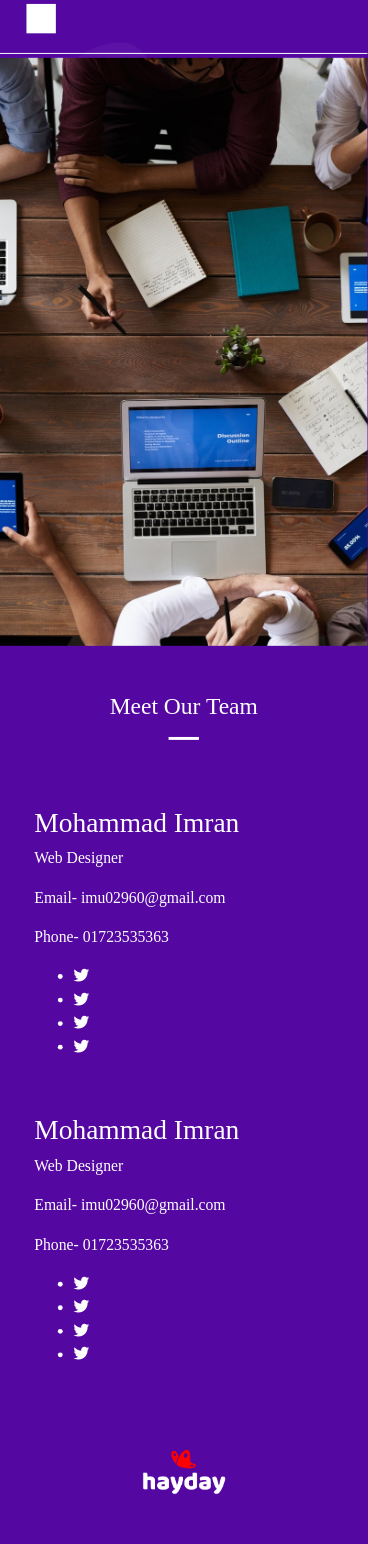
Repository: im1971/company-web
Page: team.html
These files come from the project's save history. The page is drawn as it stood at one moment and after the next save; the edit follows.
The browser window is 375 px wide. The pictures show the whole page, at 98% of full size.
Some web fonts or font styles are not loaded; a fallback is used.

Above is the page before, as saved 2020-01-28 12:23:45.

### team.html
<!DOCTYPE html>
<html>

<head>
    <title>hayday</title>
    <link rel="shortcut icon" type="img/x-icon" href="img/fav.png" />
    <link rel="stylesheet" href="css/mdb.min.css">
    <link rel="stylesheet" href="css/bootstrap.min.css">
    <link rel="stylesheet" href="css/fontawesome.min.css">
    <link rel="stylesheet" href="css/all.min.css">
    <link rel="stylesheet" href="css/style.css">
    <!-- fonts -->
    <link href="https://fonts.googleapis.com/css?family=Baloo+Bhai&display=swap" rel="stylesheet">
    <!-- fonts -->

</head>

<body>

    <div class="wrap_hayday">
        <div class="back_img"></div>
        <div class="container-fluid">
            <div class="row justify-content-center pb-1">
                <div class="col-md-12">
                    <nav class="navbar navbar-expand-lg">
                        <button class="navbar-toggler" type="button" data-toggle="collapse" data-target="#navbarSupportedContent" aria-controls="navbarSupportedContent" aria-expanded="false" aria-label="Toggle navigation">
                          <span class="navbar-toggler-icon"></span>
                        </button>

                        <div class="collapse navbar-collapse" id="navbarSupportedContent">

                            <ul class="navbar-nav m-auto text-uppercase">
                                <li class="nav-item active">
                                    <a class="nav-link" href="index.html">Home</a>
                                </li>
                                <li class="nav-item">
                                    <a class="nav-link" href="team.html">Team</a>
                                </li>
                                <li class="nav-item">
                                    <a class="nav-link" href="#">SCHEDULE</a>
                                </li>
                                <li class="nav-item">
                                    <a class="nav-link" href="#">Events</a>
                                </li>
                                <li class="nav-item">
                                    <a class="nav-link" href="#">About</a>
                                </li>
                                <li class="nav-item">
                                    <a class="nav-link" href="workWithUs.html">Work With us</a>
                                </li>
                            </ul>
                        </div>
                    </nav>
                </div>
                <div class="col-md-6 border_deco pt-3"></div>
            </div>
            <div class="row justify-content-center team">
                <div class="col-md-12 grid">
                    <div class="team_image"></div>
                </div>
                <div class="col-md-12 mt-5">
                    <div class="container">
                        <h4 class="text-center">Meet Our Team</h4>
                        <hr class="custom_hr mb-5">
                        <div class="row team_deco">
                            <div class="col-md-6">
                                <div class="row">
                                    <div class="col-md-5 pr-0">
                                        <div class="team_member_image_1"></div>
                                    </div>
                                    <div class="col-md-7 pl-0">
                                        <div class="card-body">
                                            <h3>Mohammad Imran</h3>
                                            <p>Web Designer</p>
                                            <p>Email- imu02960@gmail.com</p>
                                            <p>Phone- 01723535363</p>
                                            <ul>
                                                <li><i class="fab fa-twitter"></i></li>
                                                <li><i class="fab fa-twitter"></i></li>
                                                <li><i class="fab fa-twitter"></i></li>
                                                <li><i class="fab fa-twitter"></i></li>
                                            </ul>
                                        </div>
                                    </div>
                                </div>
                            </div>
                            <div class="col-md-6">
                                <div class="row">
                                    <div class="col-md-7 pl-0">
                                        <div class="card-body">
                                            <h3>Mohammad Imran</h3>
                                            <p>Web Designer</p>
                                            <p>Email- imu02960@gmail.com</p>
                                            <p>Phone- 01723535363</p>
                                            <ul>
                                                <li><i class="fab fa-twitter"></i></li>
                                                <li><i class="fab fa-twitter"></i></li>
                                                <li><i class="fab fa-twitter"></i></li>
                                                <li><i class="fab fa-twitter"></i></li>
                                            </ul>
                                        </div>
                                    </div>
                                    <div class="col-md-5 pr-0">
                                        <div class="team_member_image_2"></div>
                                    </div>
                                </div>
                            </div>
                        </div>
                    </div>
                </div>
            </div>
            <div class="row justify-content-end my-5">
                <div class="col-md-4 m-autp">
                    <div class="middle_body">
                        <div class="logo">
                            <img src="img/logo.png" alt="" style="height: 50px">
                        </div>
                        <!-- <p>Read about our Inspiration</p> -->
                    </div>
                </div>
            </div>
        </div>
    </div>
    </div>



    <!-- <script src="https://code.jquery.com/jquery-3.4.1.slim.min.js" integrity="sha384-J6qa4849blE2+poT4WnyKhv5vZF5SrPo0iEjwBvKU7imGFAV0wwj1yYfoRSJoZ+n" crossorigin="anonymous"></script>
    <script src="https://cdn.jsdelivr.net/npm/popper.js@1.16.0/dist/umd/popper.min.js" integrity="sha384-Q6E9RHvbIyZFJoft+2mJbHaEWldlvI9IOYy5n3zV9zzTtmI3UksdQRVvoxMfooAo" crossorigin="anonymous"></script>
    <script src="https://stackpath.bootstrapcdn.com/bootstrap/4.4.1/js/bootstrap.min.js" integrity="sha384-wfSDF2E50Y2D1uUdj0O3uMBJnjuUD4Ih7YwaYd1iqfktj0Uod8GCExl3Og8ifwB6" crossorigin="anonymous"></script> -->

    <script type="text/javascript" src="js/jquery.min.js"></script>
    <!-- Bootstrap tooltips -->
    <script type="text/javascript" src="js/popper.min.js"></script>
    <!-- Bootstrap core JavaScript -->
    <script type="text/javascript" src="js/bootstrap.min.js"></script>
    <!-- MDB core JavaScript -->
    <script type="text/javascript" src="js/mdb.min.js"></script>


</body>

</html>

### css/style.css
body {
    padding: 0;
    margin: 0;
    background: #5407A1;
    color: #fff !important;
    font-family: 'Baloo Bhai', cursive;
    position: relative;
}


/* global */

html {
    overflow: scroll;
    overflow-x: hidden;
}

::-webkit-scrollbar {
    width: 0px;
    background: transparent;
}


/* Optional: show position indicator in red */

::-webkit-scrollbar-thumb {
    background: #FF0000;
}


/* global */

.back_img {
    background-image: url(../img/back.png);
    height: 350px;
    width: 600px;
    position: absolute;
    background-position: center center;
    background-size: cover;
    opacity: 5%;
    /* top: 30%; */
    right: 0;
}


/* header */

.wrap_hayday .navbar {
    box-shadow: none;
}

.wrap_hayday .container-fluid {
    min-height: 100vh;
}

.wrap_hayday nav .nav-link {
    padding-right: 15px !important;
    padding-left: 15px !important;
    color: #fff;
    font-family: 'Baloo Bhai', cursive;
}

.wrap_hayday .border_deco {
    border-bottom: .25px solid #fff;
}

.wrap_hayday nav .nav-link:hover {
    color: #FF0000;
    transition-duration: 0.5s;
}

.wrap_hayday .navbar {
    padding: 40px;
    padding-bottom: 0;
}


/* header */


/* middle body */

.wrap_hayday .middle_body {
    text-align: center;
}

.wrap_hayday .middle_body .logo img {
    height: 100px;
}

.wrap_hayday .others_page_middle {
    text-align: center;
    position: absolute;
    right: 30px;
    bottom: 0;
}

.wrap_hayday .others_page_middle img {
    height: 70px;
}


/* middle body */


/* footer-body */

.myprogress {
    min-width: 100%;
    margin: 0px auto;
    text-align: center;
}

.myprogress .circle {
    display: inline-block;
    background: #fff;
    width: 50px;
    height: 50px;
    border-radius: 80px;
    border: 1px solid #d5d5da;
    cursor: pointer;
}

.myprogress .circle:hover {
    background: #FF0000;
    color: #5407A1;
    transition-duration: 0.5s;
}

.myprogress .bar {
    position: relative;
    width: 100px;
    padding-right: 15px;
    font-family: none;
    /* height: 2px; */
    /* top: 10px; */
    /* border: 0px solid #fff; */
}

.myprogress .circle .label {
    display: inline-block;
    width: 40px;
    height: 40px;
    line-height: 30px;
    border-radius: 40px;
    font-size: 24px;
}

.myprogress .circle .title {
    color: #5407A1;
    font-size: 24px;
    line-height: 50px;
    cursor: pointer;
}

.myprogress .circle .title:hover {
    color: #fff;
}

.myprogress i {
    font-size: 11px;
}

.myprogress .abc {
    animation: pulse 1s infinite;
    color: #FF0000;
}

.myprogress .pulse {
    -webkit-animation-duration: 3s;
    -webkit-animation-delay: 2s;
    -webkit-animation-iteration-count: 5;
}


/* footer-body */


/* about hayday */

.accordion .card-header {
    padding: 0;
    background: #5407A1;
    margin-bottom: 0;
}

.accordion .card-header .btn-link {
    color: #fff;
    padding: 0;
}

.accordion .card {
    border: none;
    border-radius: 0;
}

.accordion i {
    position: absolute;
    right: 10px;
    top: 5px;
}

.accordion p {
    color: #000;
    font-family: serif;
    font-size: 15px;
}

.accordion h4 {
    color: #000;
    font-family: serif;
    font-weight: 700 !important;
    font-size: 22px;
}


/* about hayday */


/* work with us */

.outreach table.table th,
table.table td {
    padding: 3px 20px;
    color: #fff;
    border: none;
    font-family: auto;
}


/* work with us */


/* team */

.team .grid {
    padding-left: 0;
    padding-right: 0;
}

.team .team_image {
    background-image: url(../img/team/team-back.jpg);
    height: 600px;
    background-position: center center;
    background-size: cover;
}

.team .custom_hr {
    border-top: 3px solid #fff !important;
    width: 10% !important;
}

.team img {
    border-radius: 50%;
    margin: auto;
    border: 3px solid #dcdcdc;
}

.team .team_managemt img {
    height: 300px;
    width: 300px;
}

.team .team_volounteer img {
    height: 200px;
    width: 200px;
}

.team .wrap_team {
    display: flex;
    flex-direction: column;
    font-family: auto;
}


/* team */

.sponsor_footer p {
    font-family: auto;
    font-size: 14px;
}

.sponsor_footer p b {
    color: #FF0000;
}


/* media query */

@media (min-width: 1367px) {
    .sponsor_footer p {
        font-size: 18px;
        margin-top: 40px;
    }
    .outreach table.table th,
    table.table td,
    .accordion p,
    .myprogress .bar {
        font-size: 18px;
    }
    .outreach h4 {
        margin-top: 30px;
        margin-bottom: 20px;
    }
    .accordion .card-header .btn-link {
        font-size: 22px;
    }
    .accordion {
        margin-top: 30px;
    }
    .wrap_hayday .middle_body .logo img {
        height: 145px;
    }
    .wrap_hayday .middle_body p {
        font-size: 22px;
    }
    .wrap_hayday .step_command {
        font-family: auto;
        font-size: 22px;
    }
}

@media (max-width: 567px) {
    .wrap_hayday .navbar {
        padding: 0;
    }
    .navbar-toggler-icon {
        background: #fff;
    }
    .wrap_hayday .middle_body .logo img {
        height: 200px;
    }
}

Loaded but not shown: css/mdb.min.css (library); css/bootstrap.min.css (library); css/fontawesome.min.css (library); css/all.min.css (library); js/jquery.min.js (library); js/popper.min.js (library); js/bootstrap.min.js (library); js/mdb.min.js (library)

After the next save:
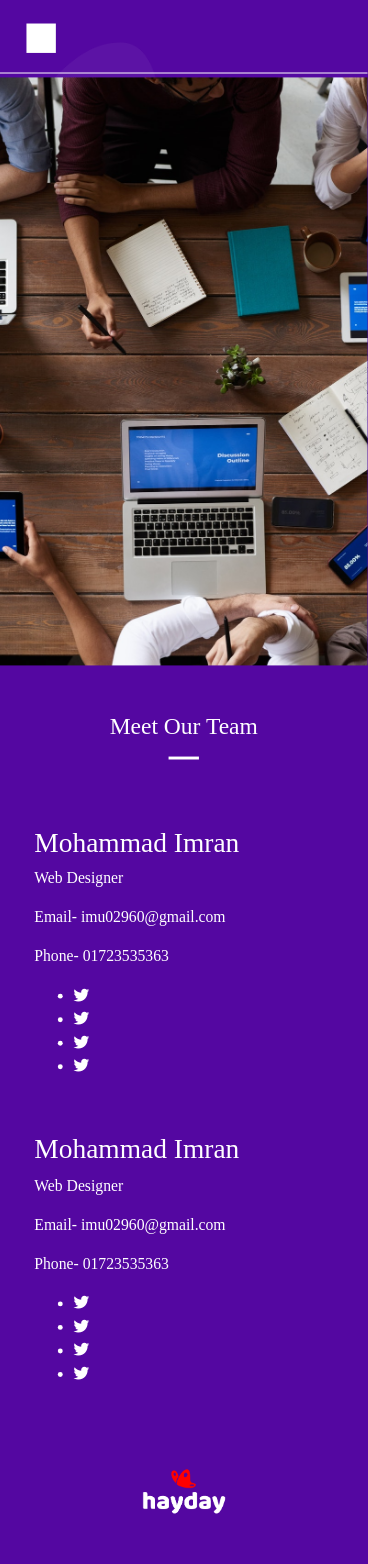
Saved 40 s later.
--- a/css/style.css
+++ b/css/style.css
@@ -322,7 +322,7 @@ table.table td {
 
 @media (max-width: 567px) {
     .wrap_hayday .navbar {
-        padding: 0;
+        padding: 20px 0 0;
     }
     .navbar-toggler-icon {
         background: #fff;
